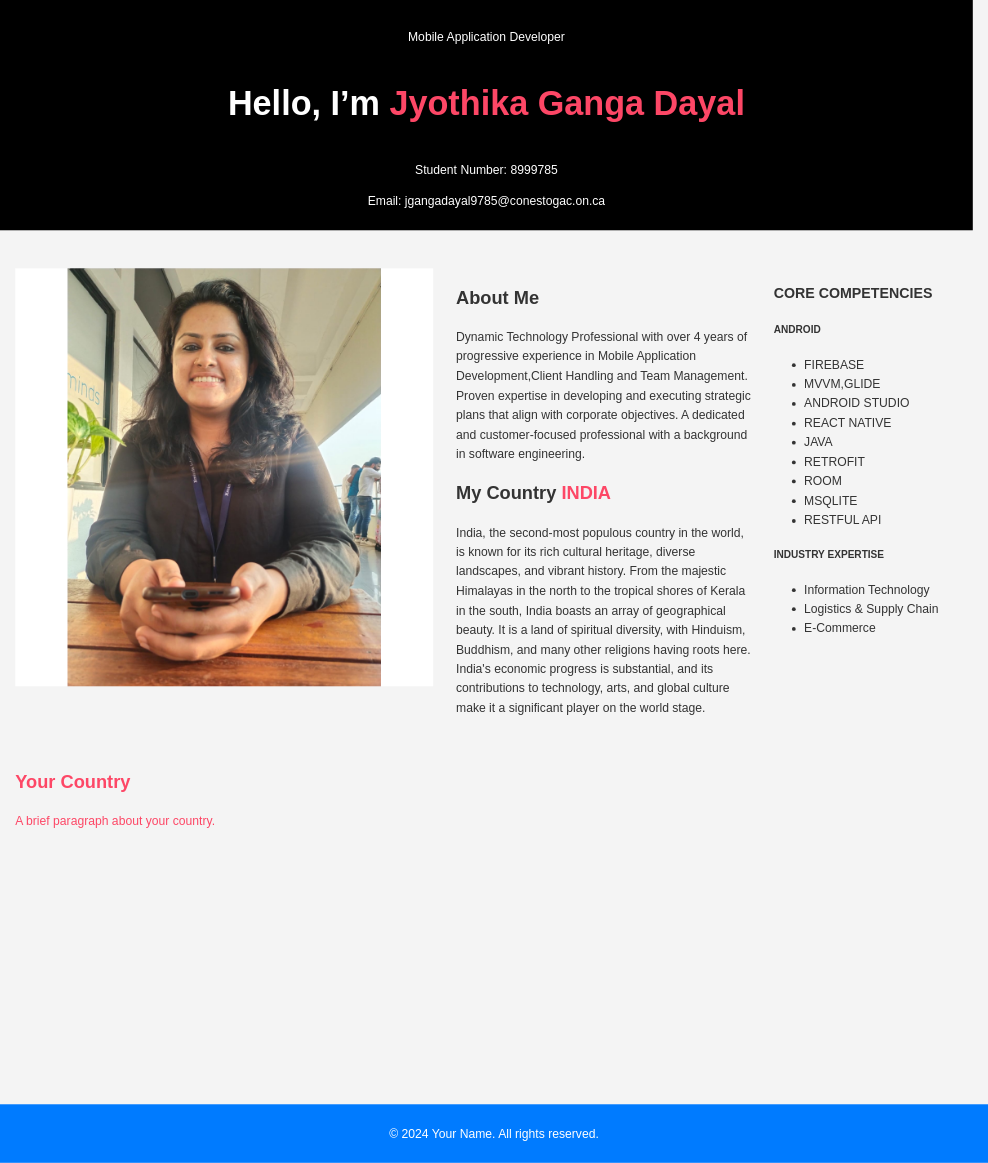
Repository: jyothika123/portfolio
Page: index.html
An editor plug-in stored every save of this project. The page is shown before and after the next save, followed by the edit.
The browser window is 1280 px wide. The page is 1300 px wide, so the pictures cover 1300 px, including what lies to the right of the window. The pictures show the whole page, at 76% of full size.
Pictures or frames that could not be fetched are drawn as grey boxes.

Above is the page before, as saved 2024-09-22 17:04:01.

After the next save:
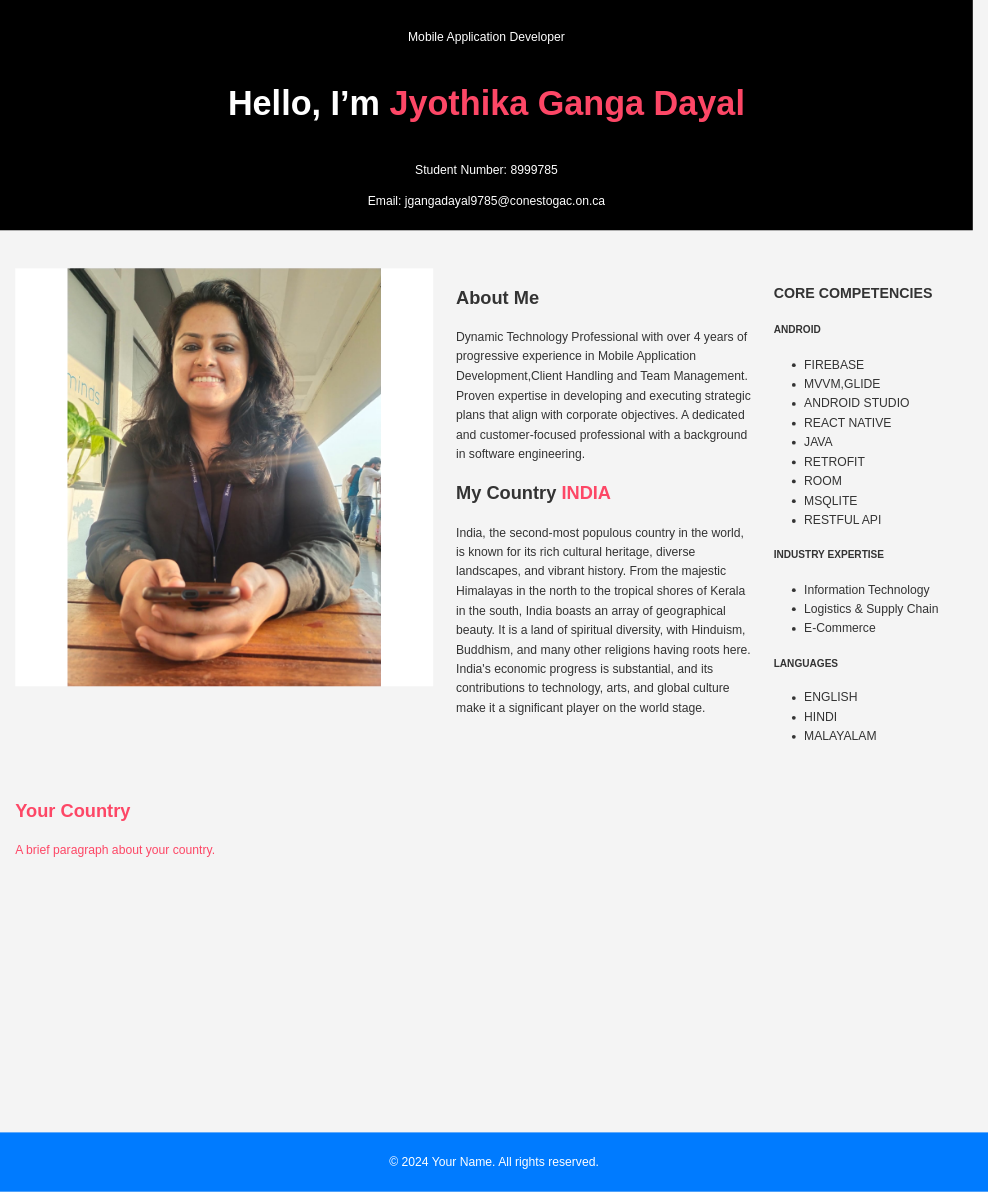
Saved 82 s later.
--- a/index.html
+++ b/index.html
@@ -55,6 +55,12 @@
                     <li>Logistics & Supply Chain</li>
                     <li>E-Commerce</li>
                 </ul>
+                <h5>LANGUAGES</h5>
+                <ul>
+                    <li>ENGLISH</li>
+                    <li>HINDI</li>
+                    <li>MALAYALAM</li>
+                </ul>
             </section>
             <section class="country">
                 <h2>Your Country</h2>
